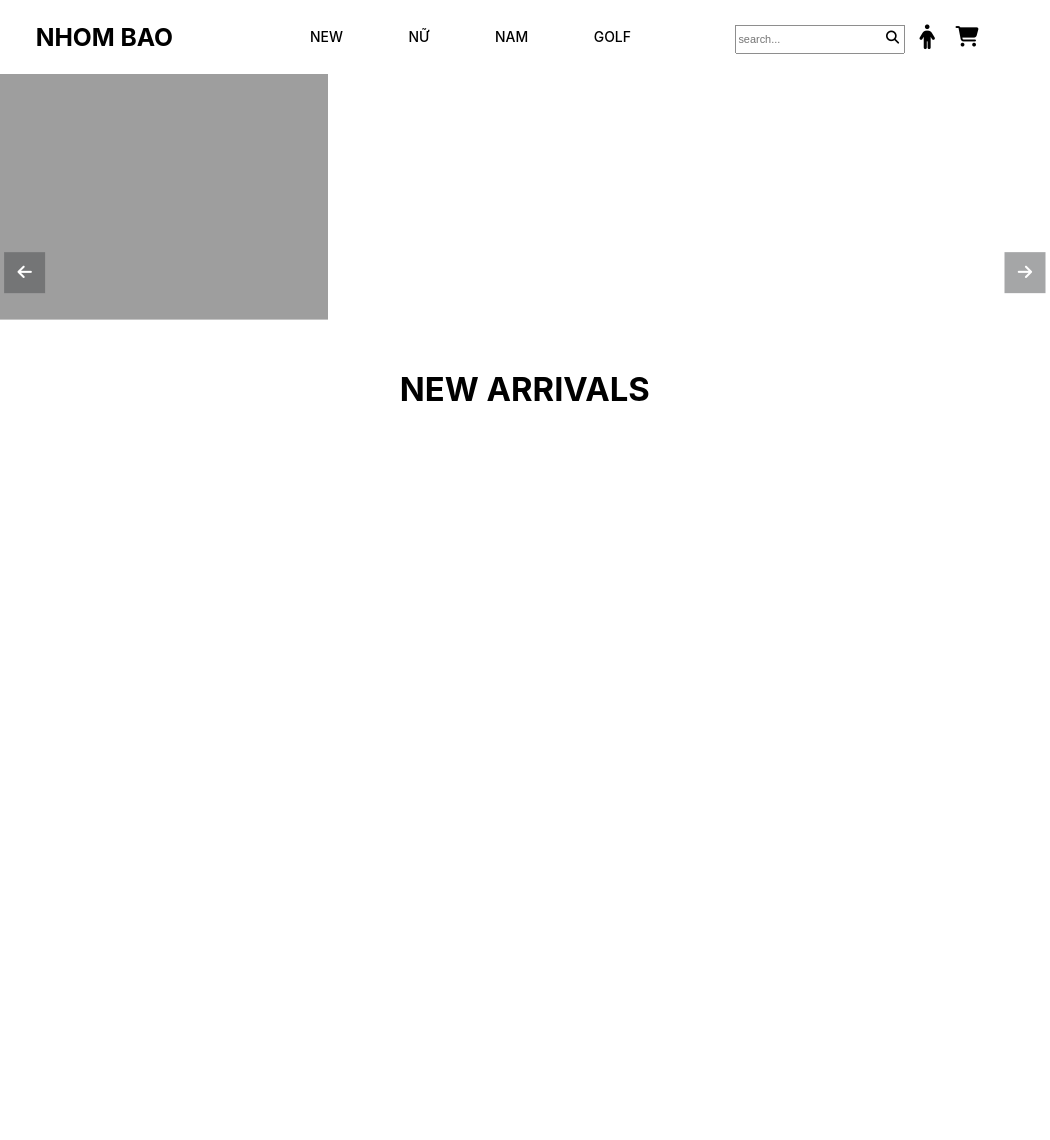
Repository: 0584386177/CuoiKiReactJs
Page: /
The author's editor kept a copy of each file at every save. The page is drawn from the files as they stood at one save, then again after a run of saves.
The browser window is 1280 px wide. The pictures show the whole page, at 82% of full size.
Pictures or frames that could not be fetched are drawn as grey boxes. The page's requests for data from a server got no answer. The project was rebuilt for these pictures with package versions that can differ from the ones it lists, and the page was loaded fresh each time. No one was signed in, and anything a server would have sent is missing. Also part of the build but not shown: src/components/Men/Men.jsx, src/components/Women/Women.jsx.

Above is the page before, as saved 2023-11-10 23:22:07.

After the next 2 saves:
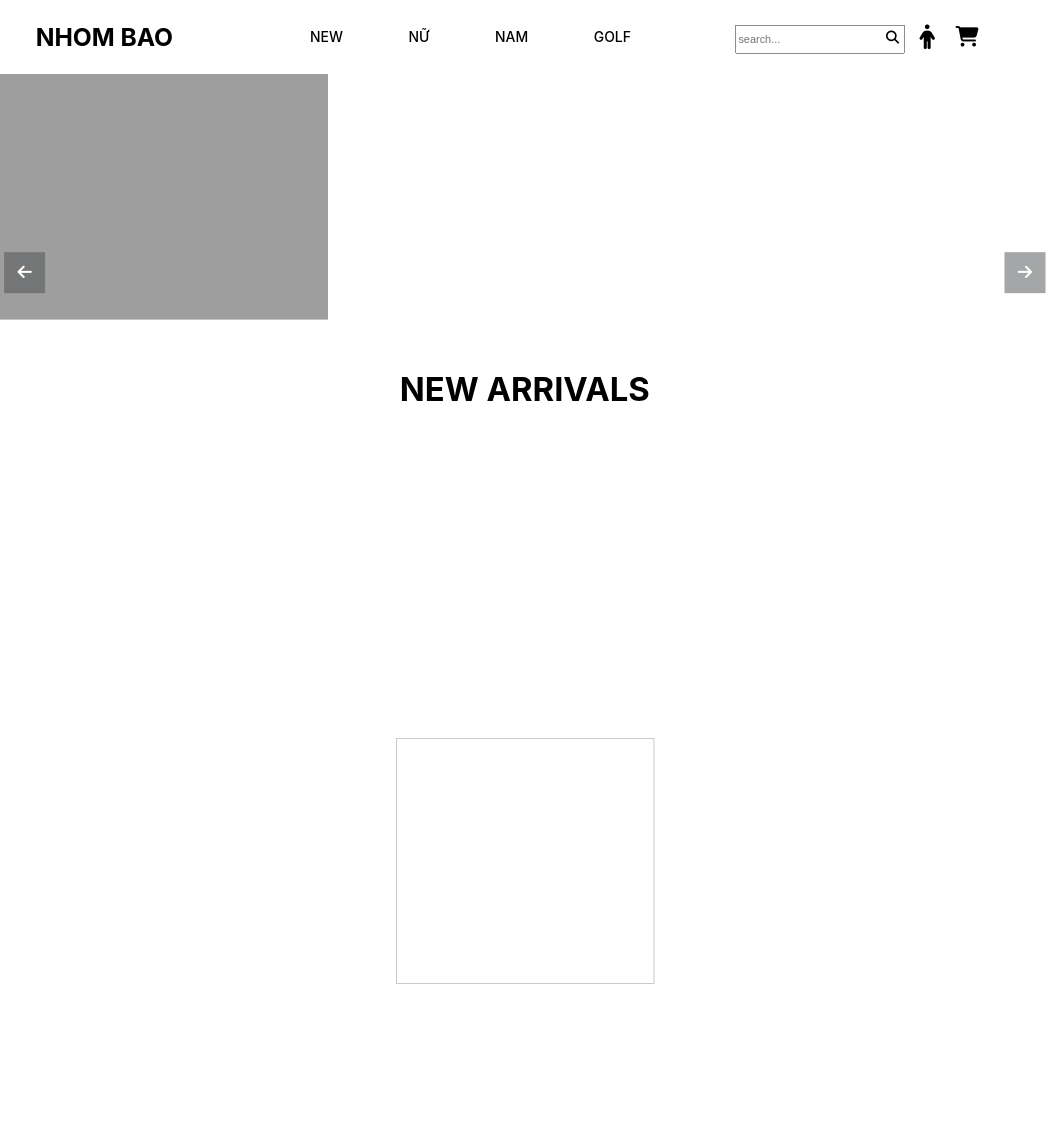
The 2 saves are shown as one change because they came seconds apart.
The last was saved 43 s later.
--- a/src/components/Page/NewArrivals.jsx
+++ b/src/components/Page/NewArrivals.jsx
@@ -45,17 +45,14 @@
       {/* <ArrivalsTitle>NEW ARRIVALS</ArrivalsTitle> */}
 
       <ArrivalsItems>
-        {products[0]&&Array(4)
-          .fill(null)
-          .map((item, index) => {
-            return (
-              <ArrivalsItem>
-                <ItemImg src={item?.image} alt="" key={index} />
-                <h4>{item?.name}</h4>
-              </ArrivalsItem>
-            );
-          })}
-
+        {products.map((item, index) => {
+          return (
+            <ArrivalsItem key={index}>
+              <ItemImg src={item?.image} alt="" />
+              <h4>{item?.name}</h4>
+            </ArrivalsItem>
+          );
+        })}
       </ArrivalsItems>
     </ArrivalsWrapper>
   );

After the 2 saves that followed:
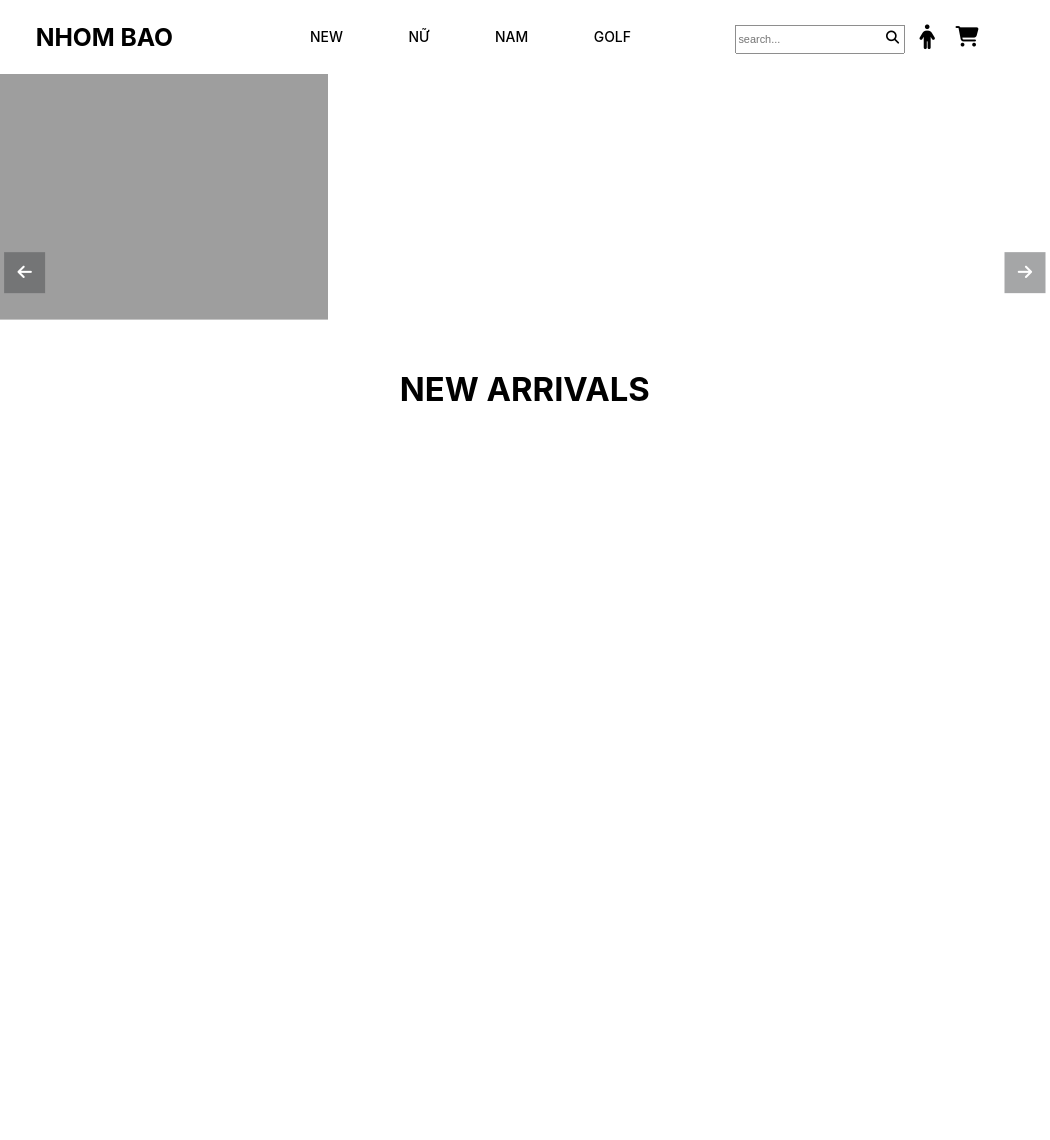
The 2 saves are shown as one change because 1 left the picture as it was.
The last was saved 48 s later.
--- a/src/components/Page/NewArrivals.jsx
+++ b/src/components/Page/NewArrivals.jsx
@@ -45,14 +45,17 @@
       {/* <ArrivalsTitle>NEW ARRIVALS</ArrivalsTitle> */}
 
       <ArrivalsItems>
-        {products.map((item, index) => {
-          return (
-            <ArrivalsItem key={index}>
-              <ItemImg src={item?.image} alt="" />
-              <h4>{item?.name}</h4>
-            </ArrivalsItem>
-          );
-        })}
+        {products[0]&&Array(4)
+          .fill(null)
+          .map((item, index) => {
+            return (
+              <ArrivalsItem>
+                <ItemImg src={item?.image} alt="" key={index} />
+                <h4>{item?.name}</h4>
+              </ArrivalsItem>
+            );
+          })}
+
       </ArrivalsItems>
     </ArrivalsWrapper>
   );
